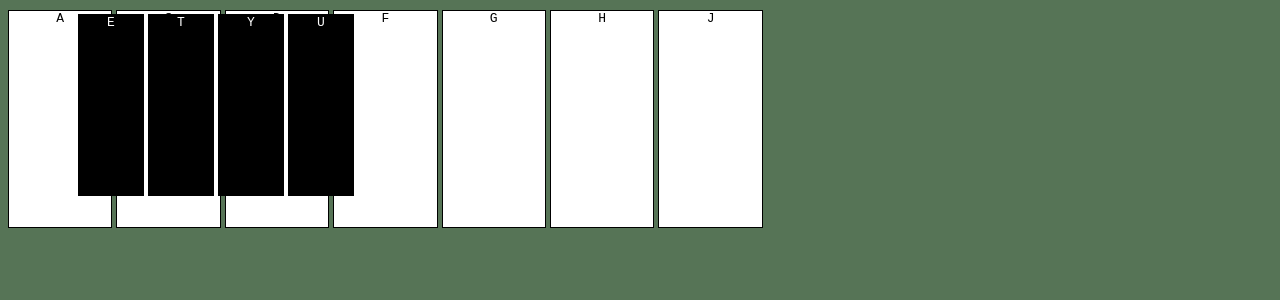
Repository: ctcoleman/Virtual-Piano
Page: index.html
These files come from the project's save history. The page is drawn as it stood at one moment and after the next save; the edit follows.
The browser window is 1280 px wide. The pictures show the whole page.

Above is the page before, as saved 2020-07-20 08:59:02.

After the next save:
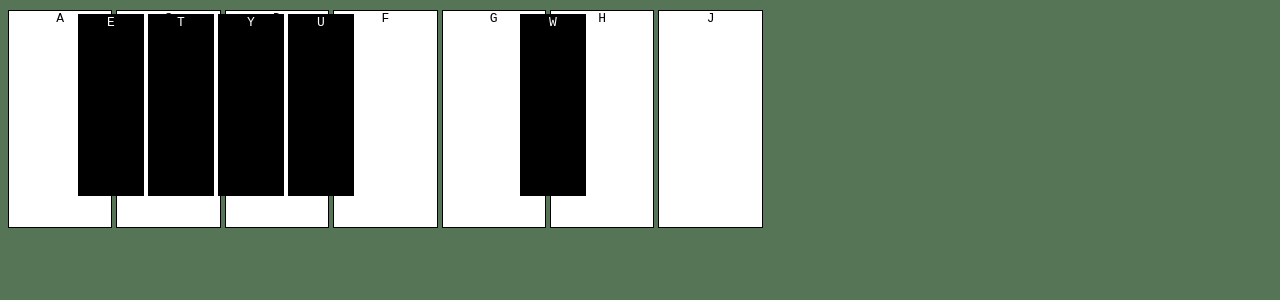
Saved 4 s later.
--- a/index.css
+++ b/index.css
@@ -35,7 +35,7 @@ html {
     border: 1px solid black;
 }
 #KeyW {
-    left: -40vw;
+    left: 40vw;
 }
 /* #KeyE {
     right: 40vw;
